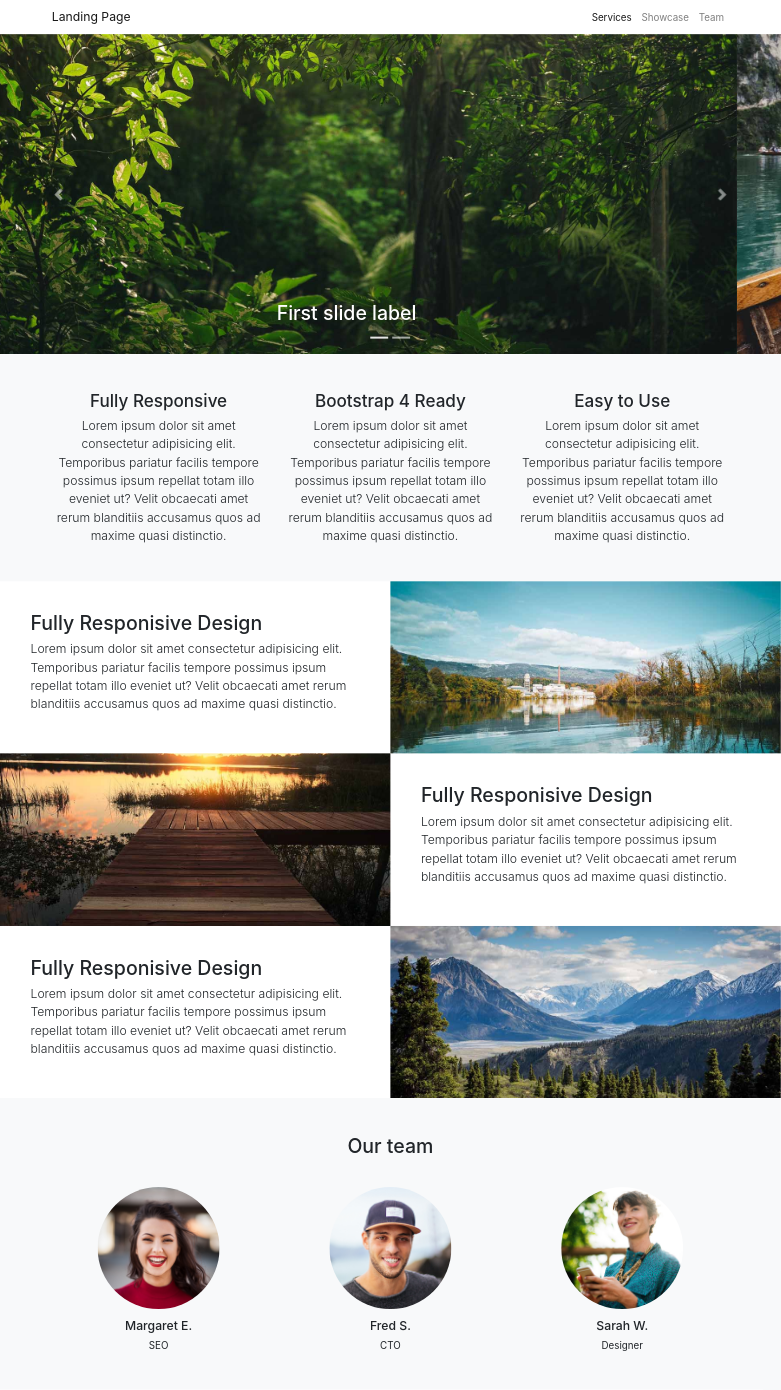
Repository: magdaf41/Bootstrap
Page: zadanie 3/index.html
An editor plug-in stored every save of this project. The page is shown before and after the next save, followed by the edit.
The browser window is 1280 px wide. The pictures show the whole page, at 61% of full size.

Above is the page before, as saved 2020-09-18 09:15:20.

After the next save:
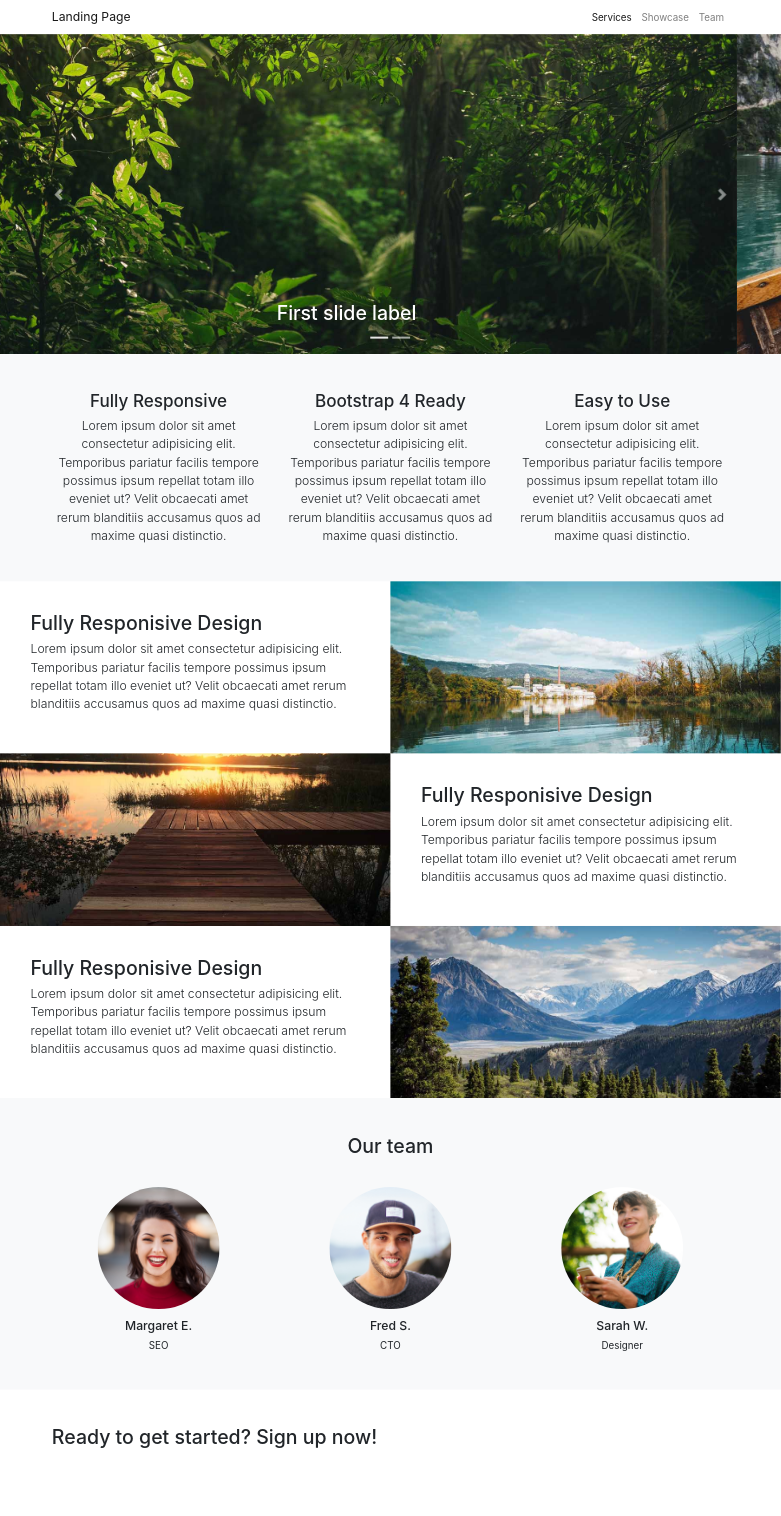
Saved 119 s later.
--- a/zadanie 3/index.html
+++ b/zadanie 3/index.html
@@ -144,9 +144,9 @@
             <div class="row">
                 <div class="col-md-4">
                     <div class="team-item mx-auto">
-                    <img src="img/team-1.jpg" alt="team-1" class="rounded-circle img-fluid mb-3">
-                    <p class="h5">Margaret E.</p>
-                    <p class="mb-0">SEO</p>
+                        <img src="img/team-1.jpg" alt="team-1" class="rounded-circle img-fluid mb-3">
+                        <p class="h5">Margaret E.</p>
+                        <p class="mb-0">SEO</p>
                     </div>
                 </div>
                 <div class="col-md-4">
@@ -154,17 +154,24 @@
                         <img src="img/team-2.jpg" alt="team-2" class="rounded-circle img-fluid mb-3">
                         <p class="h5">Fred S.</p>
                         <p class="mb-0">CTO</p>
-                        </div>
+                    </div>
                 </div>
                 <div class="col-md-4">
                     <div class="team-item team-item-last mx-auto">
                         <img src="img/team-3.jpg" alt="team-3" class="rounded-circle img-fluid mb-3">
                         <p class="h5">Sarah W.</p>
                         <p class="mb-0">Designer</p>
-                        </div>
+                    </div>
                 </div>
             </div>
         </div>
+    </section>
+
+    <section class="call-to-action">
+        <div class="container">
+            <h2 class="mb-5">Ready to get started? Sign up now!</h2>
+        </div>
+
     </section>
 
 
